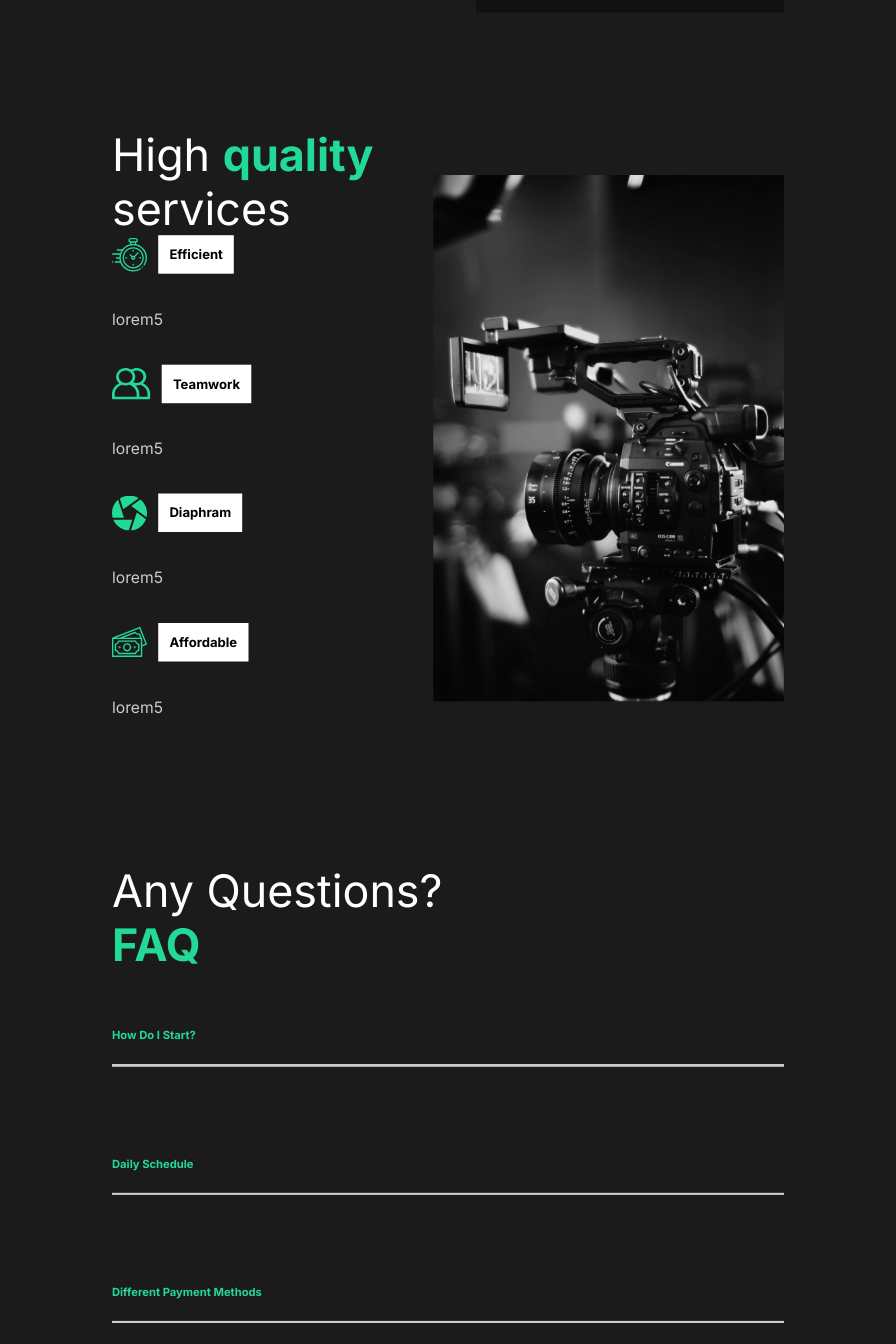
Repository: programmingwithlevi/capture
Page: /
These files come from the project's save history. The page is drawn as it stood at one moment and after the next save; the edit follows.
The browser window is 1280 px wide. The pictures show the part of the page from y = 710 to 2630 px (the page is 2943 px tall before and 3023 px after), at 70% of full size.
The project was rebuilt for these pictures with package versions that can differ from the ones it lists, and the page was loaded fresh each time. Also part of the build but not shown: src/pages/ContactUs.js, src/pages/OurWork.js, src/movieState.js, src/pages/movieDetail.js.

Above is the page before, as saved 2021-12-11 12:54:49.

After the next save:
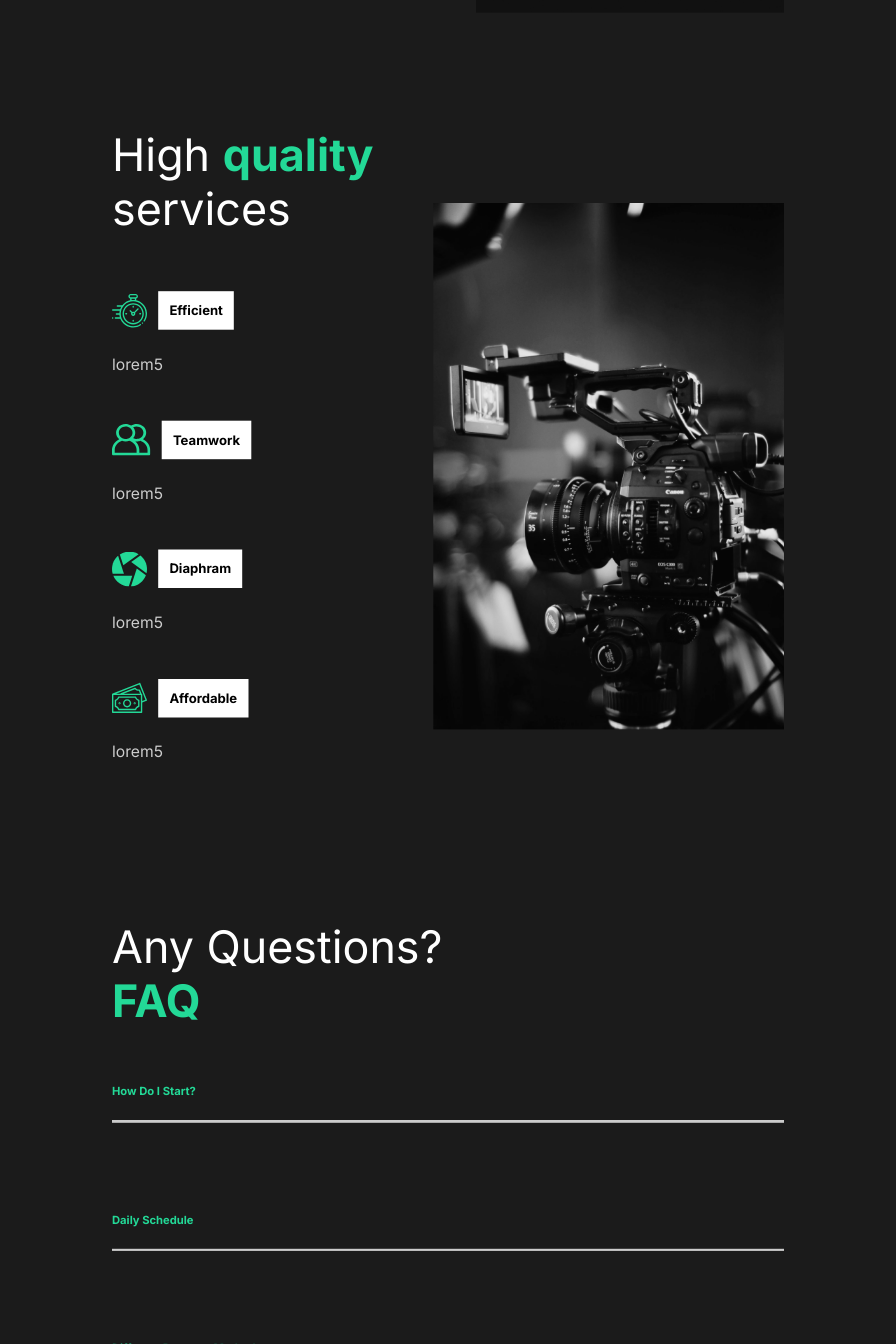
Saved 75 s later.
--- a/src/components/ServicesSection.js
+++ b/src/components/ServicesSection.js
@@ -16,8 +16,8 @@ import {useAnimation} from 'framer-motion';
 const ServicesSection = () => {
     const [element,view] = useInView();
     return(
-        <About Services ref={element}>
-            <div className="description">
+        <Services ref={element}>
+            <Description>
                 <h2>High <span>quality</span> services</h2>
                 <Cards>
                     <Card>
@@ -49,12 +49,12 @@ const ServicesSection = () => {
                         <p>lorem5 </p>
                     </Card>
                 </Cards>
-            </div>
+            </Description>
         <div className="image">
             <img alt="camera" src={home2} />
 
         </div>
-        </About>
+        </Services>
     )
 }
 
